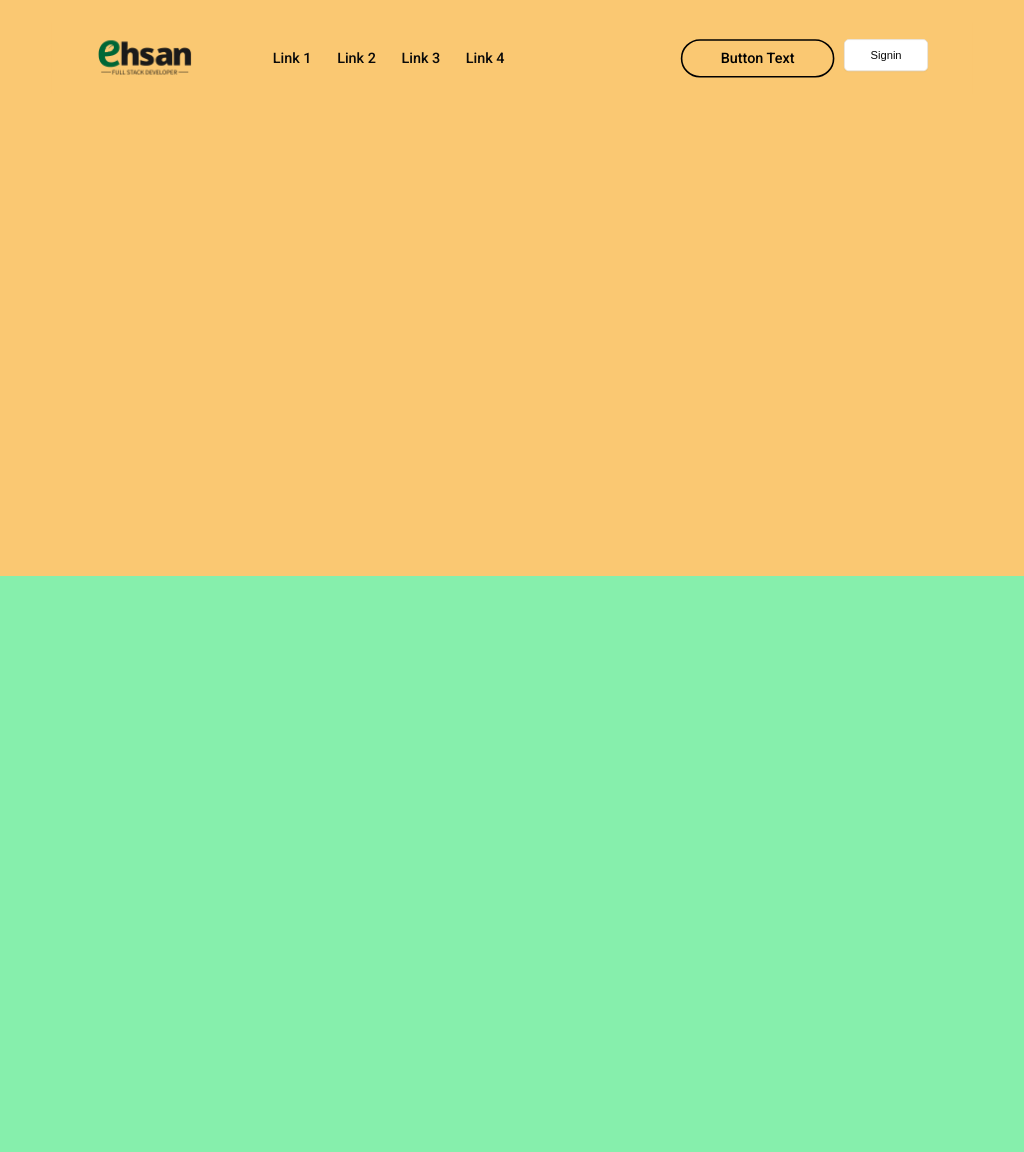
Repository: FrontendProjectsNL/mijn-portfolio-project
Page: /exercise
An editor plug-in stored every save of this project. The page is shown before and after the next save, followed by the edit.
The browser window is 1280 px wide. The pictures show the whole page, at 80% of full size.
The project was rebuilt for these pictures with package versions that can differ from the ones it lists, and the page was loaded fresh each time. The framework's server and built-in components were replaced by stand-ins that run in the browser. Also part of the build but not shown: next.config.mjs.

Above is the page before, as saved 2024-10-25 13:06:11.

### app/layout.tsx
import type { Metadata } from 'next';
import localFont from 'next/font/local';

import { Roboto, Fira_Code, HelveticaNowDisplay } from 'next/font/google';

import './globals.css';

const geistSans = localFont({
  src: './fonts/GeistVF.woff',
  variable: '--font-geist-sans',
  weight: '100 900',
});
const geistMono = localFont({
  src: './fonts/GeistMonoVF.woff',
  variable: '--font-geist-mono',
  weight: '100 900',
});

const roboto = Roboto({
  subsets: ['latin'],
  weight: ['300', '400', '500', '700'],
  variable: '--font-roboto',
});

const firaCode = Fira_Code({
  subsets: ['latin'],
  weight: ['300', '400', '500', '700'],
  variable: '--font-fira-code',
});

export const metadata: Metadata = {
  title: 'Create Next App',
  description: 'Generated by create next app',
};

export default function RootLayout({
  children,
}: Readonly<{
  children: React.ReactNode;
}>) {
  return (
    <html lang="en">
      <body
        className={`${roboto.variable} ${firaCode.variable} ${geistSans.variable} ${geistMono.variable} antialiased`}
      >
        {children}
      </body>
    </html>
  );
}

### app/exercise/page.tsx
'use client';

import Image from 'next/image';
import Link from 'next/link';
import { useEffect, useState } from 'react';
import logo from '/public/EhsanLogo-transparent.png';
import { Button } from '@/components/ui/button';

interface PageProps {}

const Page: React.FC<PageProps> = () => {
  const [isShrunk, setIsShrunk] = useState<boolean>(false);

  useEffect(() => {
    const handleScroll = () => {
      if (window.scrollY > 70) {
        setIsShrunk(true);
      } else {
        setIsShrunk(false);
      }
    };

    window.addEventListener('scroll', handleScroll);

    return () => {
      window.removeEventListener('scroll', handleScroll);
    };
  }, []);

  return (
    // <div className="max-w-8xl w-full font-roboto mx-auto">
    <div className="">
      <nav
        className={`px-14 fixed transition-all duration-300 ease-linear bg-[#FAC872] flex justify-between items-center ${
          isShrunk
            ? 'h-[75px] w-[60%] rounded-3xl mx-auto top-5'
            : 'h-[90px] w-[90%] opacity-100 top-7'
        }`}
        style={{
          left: '50%',
          transform: 'translateX(-50%)', // Center horizontally
        }}
      >
        <div className="flex items-center ">
          <Link href={'/'} className="font-medium text-lg mr-20">
            <Image src={logo} width={125} height={50} />
          </Link>
          <ul className="flex">
            <li>
              <Link
                href=""
                className="px-4 py-2 cursor text-lg font-medium font-roboto"
              >
                Link 1
              </Link>
            </li>
            <li>
              <Link
                href=""
                className="px-4 py-2 cursor text-lg font-medium font-roboto"
              >
                Link 2
              </Link>
            </li>
            <li>
              <Link
                href=""
                className="px-4 py-2 cursor text-lg font-medium font-roboto"
              >
                Link 3
              </Link>
            </li>
            <li>
              <Link
                href=""
                className="px-4 py-2 cursor text-lg font-medium font-roboto"
              >
                Link 4
              </Link>
            </li>
          </ul>
        </div>
        <div className="flex gap-3">
          <button className="font-roboto group relative inline-flex items-center overflow-hidden rounded-full border-2 border-black px-12 py-2 text-lg font-medium text-black hover:bg-gray-50 hover:text-white">
            <span className="duration-400 ease absolute left-0 top-1/2 block h-0 w-full bg-[#f27d4b] opacity-100 transition-all group-hover:top-0 group-hover:h-full"></span>
            <span className="ease absolute right-0 flex h-10 w-10 translate-x-full transform items-center justify-start duration-500 group-hover:-translate-x-2">
              <svg
                className="h-5 w-5"
                fill="none"
                stroke="currentColor"
                viewBox="0 0 24 24"
                xmlns="http://www.w3.org/2000/svg"
              >
                <path
                  stroke-linecap="round"
                  stroke-linejoin="round"
                  stroke-width="2"
                  d="M14 5l7 7m0 0l-7 7m7-7H3"
                ></path>
              </svg>
            </span>
            <span className="relative transform duration-700 group-hover:-translate-x-3">
              Button Text
            </span>
          </button>

          <Button size={'lg'} variant={'outline'}>
            Signin
          </Button>
        </div>
      </nav>

      <section className="w-full h-screen bg-[#FAC872]"></section>
      <section className="w-full h-screen bg-green-300"></section>
    </div>
  );
};

export default Page;

### app/globals.css
@tailwind base;
@tailwind components;
@tailwind utilities;

body {
  font-family: Arial, Helvetica, sans-serif;
}

@layer utilities {
  .text-balance {
    text-wrap: balance;
  }
}

@layer base {
  :root {
    --background: 0 0% 100%;
    --foreground: 0 0% 3.9%;
    --card: 0 0% 100%;
    --card-foreground: 0 0% 3.9%;
    --popover: 0 0% 100%;
    --popover-foreground: 0 0% 3.9%;
    --primary: 0 0% 9%;
    --primary-foreground: 0 0% 98%;
    --secondary: 0 0% 96.1%;
    --secondary-foreground: 0 0% 9%;
    --muted: 0 0% 96.1%;
    --muted-foreground: 0 0% 45.1%;
    --accent: 0 0% 96.1%;
    --accent-foreground: 0 0% 9%;
    --destructive: 0 84.2% 60.2%;
    --destructive-foreground: 0 0% 98%;
    --border: 0 0% 89.8%;
    --input: 0 0% 89.8%;
    --ring: 0 0% 3.9%;
    --chart-1: 12 76% 61%;
    --chart-2: 173 58% 39%;
    --chart-3: 197 37% 24%;
    --chart-4: 43 74% 66%;
    --chart-5: 27 87% 67%;
    --radius: 0.5rem;
  }
  .dark {
    --background: 0 0% 3.9%;
    --foreground: 0 0% 98%;
    --card: 0 0% 3.9%;
    --card-foreground: 0 0% 98%;
    --popover: 0 0% 3.9%;
    --popover-foreground: 0 0% 98%;
    --primary: 0 0% 98%;
    --primary-foreground: 0 0% 9%;
    --secondary: 0 0% 14.9%;
    --secondary-foreground: 0 0% 98%;
    --muted: 0 0% 14.9%;
    --muted-foreground: 0 0% 63.9%;
    --accent: 0 0% 14.9%;
    --accent-foreground: 0 0% 98%;
    --destructive: 0 62.8% 30.6%;
    --destructive-foreground: 0 0% 98%;
    --border: 0 0% 14.9%;
    --input: 0 0% 14.9%;
    --ring: 0 0% 83.1%;
    --chart-1: 220 70% 50%;
    --chart-2: 160 60% 45%;
    --chart-3: 30 80% 55%;
    --chart-4: 280 65% 60%;
    --chart-5: 340 75% 55%;
  }
}

@layer base {
  * {
    @apply border-border;
  }
  body {
    @apply bg-background text-foreground;
  }
}

@keyframes fill-up {
  0% {
    background-position: 0 100%;
  }
  100% {
    background-position: 0 0;
  }
}

### components/ui/button.tsx
import * as React from "react"
import { Slot } from "@radix-ui/react-slot"
import { cva, type VariantProps } from "class-variance-authority"

import { cn } from "@/lib/utils"

const buttonVariants = cva(
  "inline-flex items-center justify-center gap-2 whitespace-nowrap rounded-md text-sm font-medium transition-colors focus-visible:outline-none focus-visible:ring-1 focus-visible:ring-ring disabled:pointer-events-none disabled:opacity-50 [&_svg]:pointer-events-none [&_svg]:size-4 [&_svg]:shrink-0",
  {
    variants: {
      variant: {
        default:
          "bg-primary text-primary-foreground shadow hover:bg-primary/90",
        destructive:
          "bg-destructive text-destructive-foreground shadow-sm hover:bg-destructive/90",
        outline:
          "border border-input bg-background shadow-sm hover:bg-accent hover:text-accent-foreground",
        secondary:
          "bg-secondary text-secondary-foreground shadow-sm hover:bg-secondary/80",
        ghost: "hover:bg-accent hover:text-accent-foreground",
        link: "text-primary underline-offset-4 hover:underline",
      },
      size: {
        default: "h-9 px-4 py-2",
        sm: "h-8 rounded-md px-3 text-xs",
        lg: "h-10 rounded-md px-8",
        icon: "h-9 w-9",
      },
    },
    defaultVariants: {
      variant: "default",
      size: "default",
    },
  }
)

export interface ButtonProps
  extends React.ButtonHTMLAttributes<HTMLButtonElement>,
    VariantProps<typeof buttonVariants> {
  asChild?: boolean
}

const Button = React.forwardRef<HTMLButtonElement, ButtonProps>(
  ({ className, variant, size, asChild = false, ...props }, ref) => {
    const Comp = asChild ? Slot : "button"
    return (
      <Comp
        className={cn(buttonVariants({ variant, size, className }))}
        ref={ref}
        {...props}
      />
    )
  }
)
Button.displayName = "Button"

export { Button, buttonVariants }

### tailwind.config.ts
import { Roboto } from 'next/font/google';
import type { Config } from 'tailwindcss';

const config: Config = {
  darkMode: ['class'],
  content: [
    './pages/**/*.{js,ts,jsx,tsx,mdx}',
    './components/**/*.{js,ts,jsx,tsx,mdx}',
    './app/**/*.{js,ts,jsx,tsx,mdx}',
  ],

  theme: {
    extend: {
      // You can define custom animations here
      // keyframes: {
      //   slideKeyframe: {
      //     '0%': { transform: 'translateX(0)' },
      //     '100%': { transform: 'translateX(100%)' },
      //   },
      // },
      // animation: {
      //   slideAnimation: 'slideKeyframe 0.5s ease-in-out',
      // },
      fontFamily: {
        roboto: ['var(--font-roboto)', 'sans-serif'],
        firaCode: ['var(--font-fira-code)', 'monospace'],
      },
      colors: {
        background: 'hsl(var(--background))',
        foreground: 'hsl(var(--foreground))',
        card: {
          DEFAULT: 'hsl(var(--card))',
          foreground: 'hsl(var(--card-foreground))',
        },
        popover: {
          DEFAULT: 'hsl(var(--popover))',
          foreground: 'hsl(var(--popover-foreground))',
        },
        primary: {
          DEFAULT: 'hsl(var(--primary))',
          foreground: 'hsl(var(--primary-foreground))',
        },
        secondary: {
          DEFAULT: 'hsl(var(--secondary))',
          foreground: 'hsl(var(--secondary-foreground))',
        },
        muted: {
          DEFAULT: 'hsl(var(--muted))',
          foreground: 'hsl(var(--muted-foreground))',
        },
        accent: {
          DEFAULT: 'hsl(var(--accent))',
          foreground: 'hsl(var(--accent-foreground))',
        },
        destructive: {
          DEFAULT: 'hsl(var(--destructive))',
          foreground: 'hsl(var(--destructive-foreground))',
        },
        border: 'hsl(var(--border))',
        input: 'hsl(var(--input))',
        ring: 'hsl(var(--ring))',
        chart: {
          '1': 'hsl(var(--chart-1))',
          '2': 'hsl(var(--chart-2))',
          '3': 'hsl(var(--chart-3))',
          '4': 'hsl(var(--chart-4))',
          '5': 'hsl(var(--chart-5))',
        },
      },
      borderRadius: {
        lg: 'var(--radius)',
        md: 'calc(var(--radius) - 2px)',
        sm: 'calc(var(--radius) - 4px)',
      },
    },
  },
  plugins: [require('tailwindcss-animate')],
};
export default config;

Loaded but not shown: lib/utils.ts (common file)

After the next save:
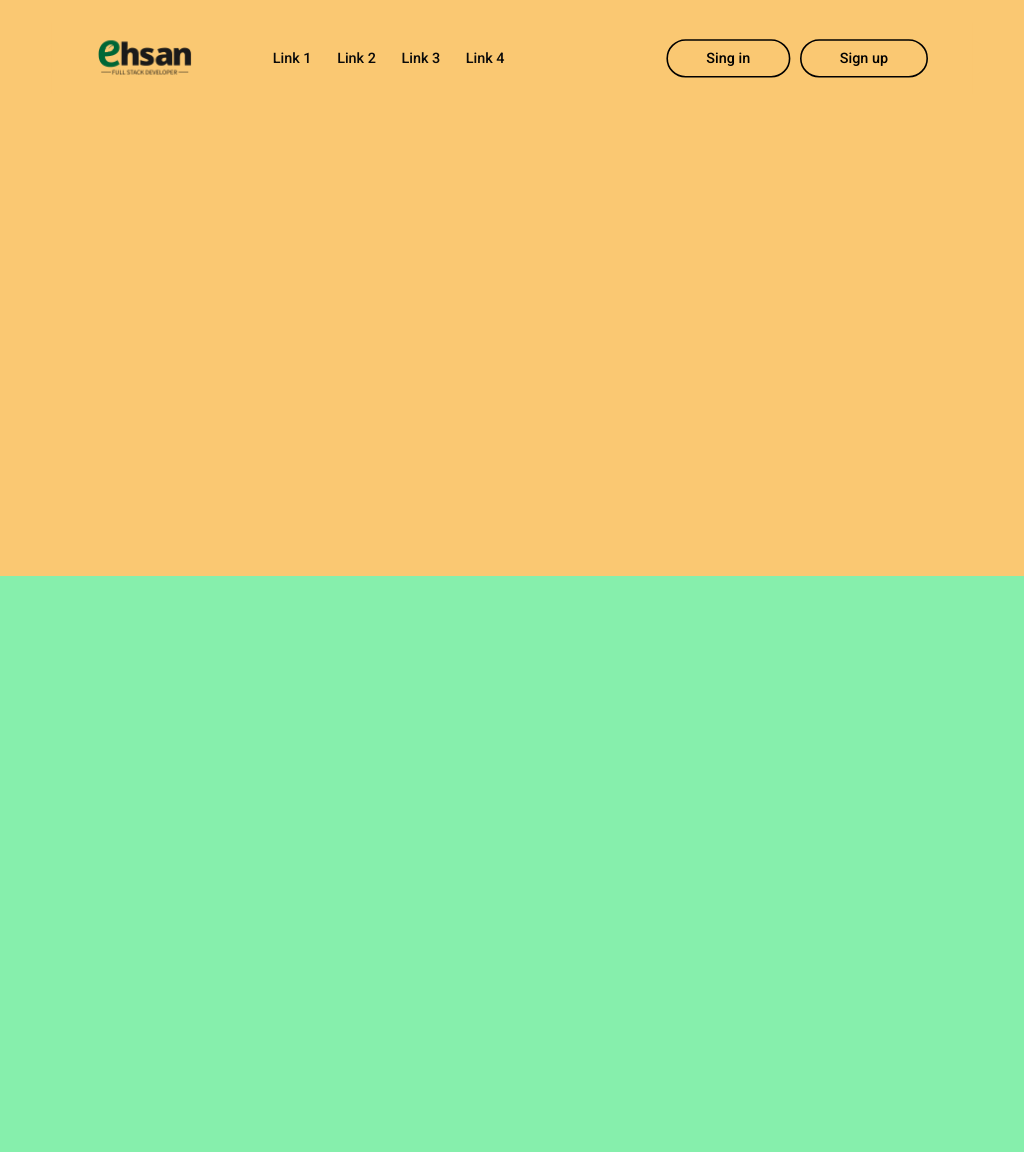
Saved 52 s later.
--- a/app/exercise/page.tsx
+++ b/app/exercise/page.tsx
@@ -100,13 +100,32 @@ const Page: React.FC<PageProps> = () => {
               </svg>
             </span>
             <span className="relative transform duration-700 group-hover:-translate-x-3">
-              Button Text
+              Sing in
             </span>
           </button>
 
-          <Button size={'lg'} variant={'outline'}>
-            Signin
-          </Button>
+          <button className="font-roboto group relative inline-flex items-center overflow-hidden rounded-full border-2 border-black px-12 py-2 text-lg font-medium text-black hover:bg-gray-50 hover:text-white">
+            <span className="duration-400 ease absolute left-0 top-1/2 block h-0 w-full bg-[#f27d4b] opacity-100 transition-all group-hover:top-0 group-hover:h-full"></span>
+            <span className="ease absolute right-0 flex h-10 w-10 translate-x-full transform items-center justify-start duration-500 group-hover:-translate-x-2">
+              <svg
+                className="h-5 w-5"
+                fill="none"
+                stroke="currentColor"
+                viewBox="0 0 24 24"
+                xmlns="http://www.w3.org/2000/svg"
+              >
+                <path
+                  stroke-linecap="round"
+                  stroke-linejoin="round"
+                  stroke-width="2"
+                  d="M14 5l7 7m0 0l-7 7m7-7H3"
+                ></path>
+              </svg>
+            </span>
+            <span className="relative transform duration-700 group-hover:-translate-x-3">
+              Sign up
+            </span>
+          </button>
         </div>
       </nav>
 
